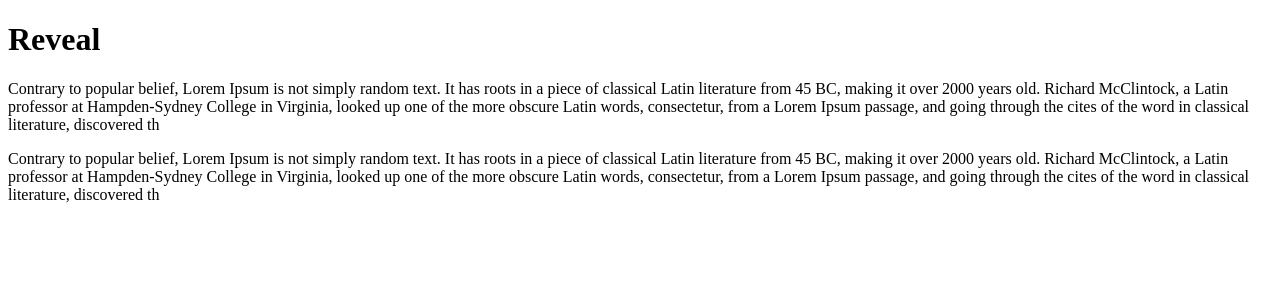
Repository: nema38/30DaysTrainning
Page: 30Days10/index.html
An editor plug-in stored every save of this project. The page is shown before and after the next save, followed by the edit.
The browser window is 1280 px wide. The pictures show the whole page.
After loading, the first visible `h1` was clicked once.
Some web libraries are served in a nearby version.

Above is the page before, as saved 2014-04-17 18:08:28.

After the next save:
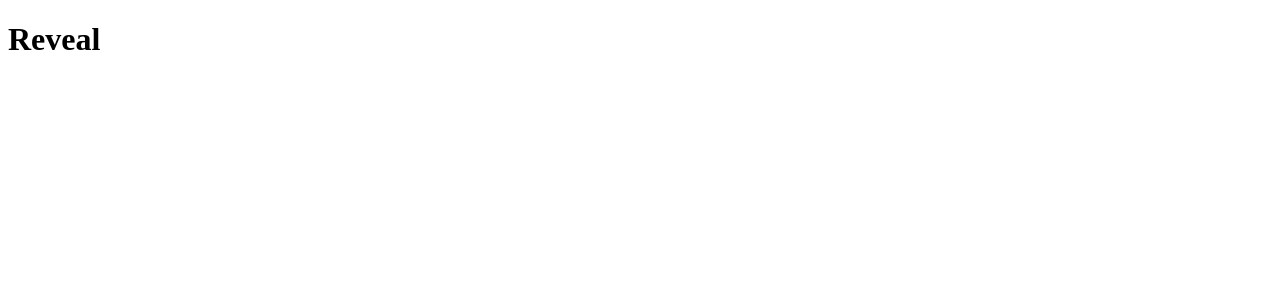
Saved 14 s later.
--- a/30Days10/index.html
+++ b/30Days10/index.html
@@ -24,7 +24,7 @@
 		<script>
 			$('div.content').hide();
 			$('h1').on('click', function() {
-				$(this).next().slideDown();
+				$(this).slideDown();
 			})
 		</script>
 

After the 2 saves that followed:
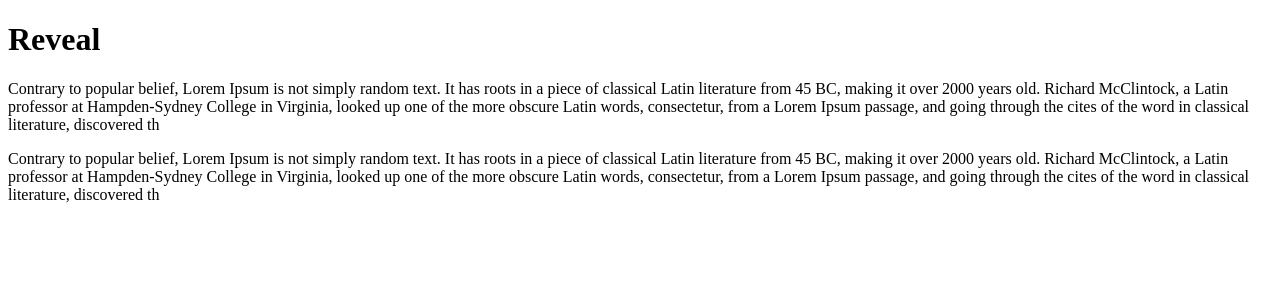
The 2 saves are shown as one change because 1 left the picture as it was.
The last was saved 70 s later.
--- a/30Days10/index.html
+++ b/30Days10/index.html
@@ -24,7 +24,8 @@
 		<script>
 			$('div.content').hide();
 			$('h1').on('click', function() {
-				$(this).slideDown();
+				console.log(this);
+				$(this).next().slideDown();
 			})
 		</script>
 
